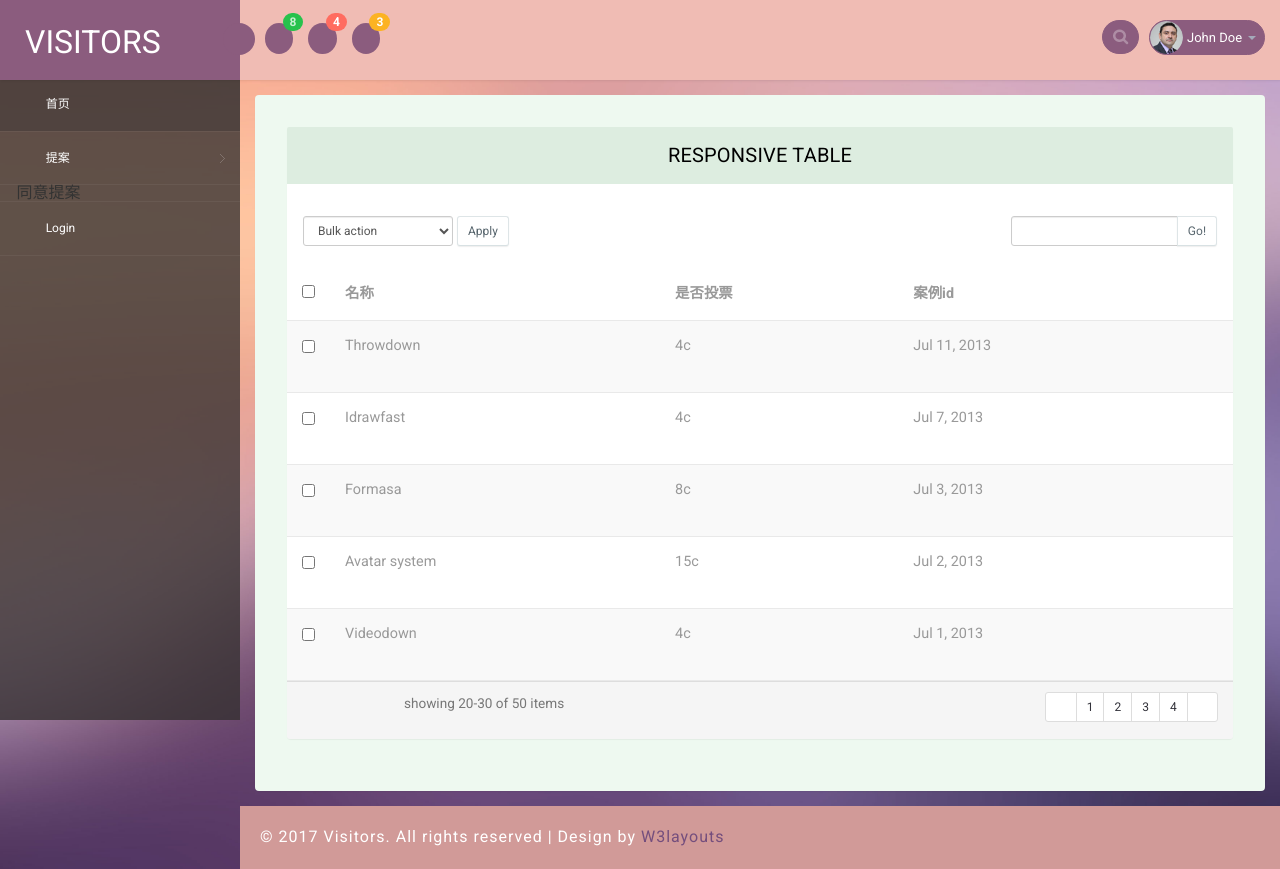
Repository: YU-YUEHAO/Lastwork
Page: DAPP/views/responsive_table.html
These files come from the project's save history. The page is drawn as it stood at one moment and after the next save; the edit follows.
The browser window is 1280 px wide. The pictures show the whole page.
Some web fonts or font styles are not loaded; a fallback is used.

Above is the page before, as saved 2021-12-01 15:48:18.

### DAPP/views/responsive_table.html
<!--A Design by W3layouts
Author: W3layout
Author URL: http://w3layouts.com
License: Creative Commons Attribution 3.0 Unported
License URL: http://creativecommons.org/licenses/by/3.0/
-->
<!DOCTYPE html>
<head>
<title>Visitors an Admin Panel Category Bootstrap Responsive Website Template | Basic_table :: w3layouts</title>
<meta name="viewport" content="width=device-width, initial-scale=1">
<meta http-equiv="Content-Type" content="text/html; charset=utf-8" />
<meta name="keywords" content="Visitors Responsive web template, Bootstrap Web Templates, Flat Web Templates, Android Compatible web template,
Smartphone Compatible web template, free webdesigns for Nokia, Samsung, LG, SonyEricsson, Motorola web design" />
<script type="application/x-javascript"> addEventListener("load", function() { setTimeout(hideURLbar, 0); }, false); function hideURLbar(){ window.scrollTo(0,1); } </script>
<!-- bootstrap-css -->
<link rel="stylesheet" href="css/bootstrap.min.css" >
<!-- //bootstrap-css -->
<!-- Custom CSS -->
<link href="css/style.css" rel='stylesheet' type='text/css' />
<link href="css/style-responsive.css" rel="stylesheet"/>
<!-- font CSS -->
<link href='//fonts.googleapis.com/css?family=Roboto:400,100,100italic,300,300italic,400italic,500,500italic,700,700italic,900,900italic' rel='stylesheet' type='text/css'>
<!-- font-awesome icons -->
<link rel="stylesheet" href="css/font.css" type="text/css"/>
<link href="css/font-awesome.css" rel="stylesheet">
<!-- //font-awesome icons -->
<script src="js/jquery2.0.3.min.js"></script>
</head>
<body>
<section id="container">
<!--header start-->
<header class="header fixed-top clearfix">
<!--logo start-->
<div class="brand">

    <a href="index.html" class="logo">
        VISITORS
    </a>
    <div class="sidebar-toggle-box">
        <div class="fa fa-bars"></div>
    </div>
</div>
<!--logo end-->

<div class="nav notify-row" id="top_menu">
    <!--  notification start -->
    <ul class="nav top-menu">
        <!-- settings start -->
        <li class="dropdown">
            <a data-toggle="dropdown" class="dropdown-toggle" href="#">
                <i class="fa fa-tasks"></i>
                <span class="badge bg-success">8</span>
            </a>
            <ul class="dropdown-menu extended tasks-bar">
                <li>
                    <p class="">You have 8 pending tasks</p>
                </li>
                <li>
                    <a href="#">
                        <div class="task-info clearfix">
                            <div class="desc pull-left">
                                <h5>Target Sell</h5>
                                <p>25% , Deadline  12 June’13</p>
                            </div>
                                    <span class="notification-pie-chart pull-right" data-percent="45">
                            <span class="percent"></span>
                            </span>
                        </div>
                    </a>
                </li>
                <li>
                    <a href="#">
                        <div class="task-info clearfix">
                            <div class="desc pull-left">
                                <h5>Product Delivery</h5>
                                <p>45% , Deadline  12 June’13</p>
                            </div>
                                    <span class="notification-pie-chart pull-right" data-percent="78">
                            <span class="percent"></span>
                            </span>
                        </div>
                    </a>
                </li>
                <li>
                    <a href="#">
                        <div class="task-info clearfix">
                            <div class="desc pull-left">
                                <h5>Payment collection</h5>
                                <p>87% , Deadline  12 June’13</p>
                            </div>
                                    <span class="notification-pie-chart pull-right" data-percent="60">
                            <span class="percent"></span>
                            </span>
                        </div>
                    </a>
                </li>
                <li>
                    <a href="#">
                        <div class="task-info clearfix">
                            <div class="desc pull-left">
                                <h5>Target Sell</h5>
                                <p>33% , Deadline  12 June’13</p>
                            </div>
                                    <span class="notification-pie-chart pull-right" data-percent="90">
                            <span class="percent"></span>
                            </span>
                        </div>
                    </a>
                </li>

                <li class="external">
                    <a href="#">See All Tasks</a>
                </li>
            </ul>
        </li>
        <!-- settings end -->
        <!-- inbox dropdown start-->
        <li id="header_inbox_bar" class="dropdown">
            <a data-toggle="dropdown" class="dropdown-toggle" href="#">
                <i class="fa fa-envelope-o"></i>
                <span class="badge bg-important">4</span>
            </a>
            <ul class="dropdown-menu extended inbox">
                <li>
                    <p class="red">You have 4 Mails</p>
                </li>
                <li>
                    <a href="#">
                        <span class="photo"><img alt="avatar" src="images/3.png"></span>
                                <span class="subject">
                                <span class="from">Jonathan Smith</span>
                                <span class="time">Just now</span>
                                </span>
                                <span class="message">
                                    Hello, this is an example msg.
                                </span>
                    </a>
                </li>
                <li>
                    <a href="#">
                        <span class="photo"><img alt="avatar" src="images/1.png"></span>
                                <span class="subject">
                                <span class="from">Jane Doe</span>
                                <span class="time">2 min ago</span>
                                </span>
                                <span class="message">
                                    Nice admin template
                                </span>
                    </a>
                </li>
                <li>
                    <a href="#">
                        <span class="photo"><img alt="avatar" src="images/3.png"></span>
                                <span class="subject">
                                <span class="from">Tasi sam</span>
                                <span class="time">2 days ago</span>
                                </span>
                                <span class="message">
                                    This is an example msg.
                                </span>
                    </a>
                </li>
                <li>
                    <a href="#">
                        <span class="photo"><img alt="avatar" src="images/2.png"></span>
                                <span class="subject">
                                <span class="from">Mr. Perfect</span>
                                <span class="time">2 hour ago</span>
                                </span>
                                <span class="message">
                                    Hi there, its a test
                                </span>
                    </a>
                </li>
                <li>
                    <a href="#">See all messages</a>
                </li>
            </ul>
        </li>
        <!-- inbox dropdown end -->
        <!-- notification dropdown start-->
        <li id="header_notification_bar" class="dropdown">
            <a data-toggle="dropdown" class="dropdown-toggle" href="#">

                <i class="fa fa-bell-o"></i>
                <span class="badge bg-warning">3</span>
            </a>
            <ul class="dropdown-menu extended notification">
                <li>
                    <p>Notifications</p>
                </li>
                <li>
                    <div class="alert alert-info clearfix">
                        <span class="alert-icon"><i class="fa fa-bolt"></i></span>
                        <div class="noti-info">
                            <a href="#"> Server #1 overloaded.</a>
                        </div>
                    </div>
                </li>
                <li>
                    <div class="alert alert-danger clearfix">
                        <span class="alert-icon"><i class="fa fa-bolt"></i></span>
                        <div class="noti-info">
                            <a href="#"> Server #2 overloaded.</a>
                        </div>
                    </div>
                </li>
                <li>
                    <div class="alert alert-success clearfix">
                        <span class="alert-icon"><i class="fa fa-bolt"></i></span>
                        <div class="noti-info">
                            <a href="#"> Server #3 overloaded.</a>
                        </div>
                    </div>
                </li>

            </ul>
        </li>
        <!-- notification dropdown end -->
    </ul>
    <!--  notification end -->
</div>
<div class="top-nav clearfix">
    <!--search & user info start-->
    <ul class="nav pull-right top-menu">
        <li>
            <input type="text" class="form-control search" placeholder=" Search">
        </li>
        <!-- user login dropdown start-->
        <li class="dropdown">
            <a data-toggle="dropdown" class="dropdown-toggle" href="#">
                <img alt="" src="images/2.png">
                <span class="username">John Doe</span>
                <b class="caret"></b>
            </a>
            <ul class="dropdown-menu extended logout">
                <li><a href="#"><i class=" fa fa-suitcase"></i>Profile</a></li>
                <li><a href="#"><i class="fa fa-cog"></i> Settings</a></li>
                <li><a href="login.html"><i class="fa fa-key"></i> Log Out</a></li>
            </ul>
        </li>
        <!-- user login dropdown end -->

    </ul>
    <!--search & user info end-->
</div>
</header>
<!--header end-->
<!--sidebar start-->
<aside>
    <div id="sidebar" class="nav-collapse">
        <!-- sidebar menu start-->
        <div class="leftside-navigation">
            <ul class="sidebar-menu" id="nav-accordion">
                <li>
                    <a class="active" href="http://localhost:3000/index2">
                        <i class="fa fa-dashboard"></i>
                        <span>首页</span>
                    </a>
                </li>

                <li class="sub-menu">
                    <a href="javascript:;">
                        <i class="fa fa-th"></i>
                        <span>提案</span>
                    </a>
                    <ul class="sub">
                        <li><a href="http://localhost:3000/basic_table">发起提案</a></li>
                        <li><a href="http://localhost:3000/responsive_table">查看提案</a></li>
                    </ul>
                </li>
                <li class="sub-menu">

                        <i class="fa fa-tasks"></i>
                        <span>同意提案</span>

                    <ul class="sub">

                        <li><a href="form_validation.html">操作</a></li>

                    </ul>
                </li>
                <li>
                    <a href="login.html">
                        <i class="fa fa-user"></i>
                        <span>Login</span>
                    </a>
                </li>
            </ul>            </div>
        <!-- sidebar menu end-->
    </div>
</aside>
<!--sidebar end-->
<!--main content start-->
<section id="main-content">
	<section class="wrapper">
		<div class="table-agile-info">
  <div class="panel panel-default">
    <div class="panel-heading">
      Responsive Table
    </div>
    <div class="row w3-res-tb">
      <div class="col-sm-5 m-b-xs">
        <select class="input-sm form-control w-sm inline v-middle">
          <option value="0">Bulk action</option>
          <option value="1">Delete selected</option>
          <option value="2">Bulk edit</option>
          <option value="3">Export</option>
        </select>
        <button class="btn btn-sm btn-default">Apply</button>
      </div>
      <div class="col-sm-4">
      </div>
      <div class="col-sm-3">
        <div class="input-group">
          <input type="text" class="input-sm form-control" placeholder="Search">
          <span class="input-group-btn">
            <button class="btn btn-sm btn-default" type="button">Go!</button>
          </span>
        </div>
      </div>
    </div>
    <div class="table-responsive">
      <table class="table table-striped b-t b-light">
        <thead>
          <tr>
            <th style="width:20px;">
              <label class="i-checks m-b-none">
                <input type="checkbox"><i></i>
              </label>
            </th>
            <th>名称</th>
            <th>是否投票</th>
            <th>案例id</th>
            <th style="width:30px;"></th>
          </tr>
        </thead>
        <tbody>
          <tr>
            <td><label class="i-checks m-b-none"><input type="checkbox" name="post[]"><i></i></label></td>
            <td>Throwdown</td>
            <td>4c</td>
            <td>Jul 11, 2013</td>
            <td>
              <a href="" class="active" ui-toggle-class=""><i class="fa fa-check text-success text-active"></i><i class="fa fa-times text-danger text"></i></a>
            </td>
          </tr>
          <tr>
            <td><label class="i-checks m-b-none"><input type="checkbox" name="post[]"><i></i></label></td>
            <td>Idrawfast</td>
            <td>4c</td>
            <td>Jul 7, 2013</td>
            <td>
              <a href="" class="active" ui-toggle-class=""><i class="fa fa-check text-success text-active"></i><i class="fa fa-times text-danger text"></i></a>
            </td>
          </tr>
          <tr>
            <td><label class="i-checks m-b-none"><input type="checkbox" name="post[]"><i></i></label></td>
            <td>Formasa</td>
            <td>8c</td>
            <td>Jul 3, 2013</td>
            <td>
              <a href="" class="active" ui-toggle-class=""><i class="fa fa-check text-success text-active"></i><i class="fa fa-times text-danger text"></i></a>
            </td>
          </tr>
          <tr>
            <td><label class="i-checks m-b-none"><input type="checkbox" name="post[]"><i></i></label></td>
            <td>Avatar system</td>
            <td>15c</td>
            <td>Jul 2, 2013</td>
            <td>
              <a href="" class="active" ui-toggle-class=""><i class="fa fa-check text-success text-active"></i><i class="fa fa-times text-danger text"></i></a>
            </td>
          </tr>
          <tr>
            <td><label class="i-checks m-b-none"><input type="checkbox" name="post[]"><i></i></label></td>
            <td>Videodown</td>
            <td>4c</td>
            <td>Jul 1, 2013</td>
            <td>
              <a href="" class="active" ui-toggle-class=""><i class="fa fa-check text-success text-active"></i><i class="fa fa-times text-danger text"></i></a>
            </td>
          </tr>
        </tbody>
      </table>
    </div>
    <footer class="panel-footer">
      <div class="row">

        <div class="col-sm-5 text-center">
          <small class="text-muted inline m-t-sm m-b-sm">showing 20-30 of 50 items</small>
        </div>
        <div class="col-sm-7 text-right text-center-xs">
          <ul class="pagination pagination-sm m-t-none m-b-none">
            <li><a href=""><i class="fa fa-chevron-left"></i></a></li>
            <li><a href="">1</a></li>
            <li><a href="">2</a></li>
            <li><a href="">3</a></li>
            <li><a href="">4</a></li>
            <li><a href=""><i class="fa fa-chevron-right"></i></a></li>
          </ul>
        </div>
      </div>
    </footer>
  </div>
</div>
</section>
 <!-- footer -->
		  <div class="footer">
			<div class="wthree-copyright">
			  <p>© 2017 Visitors. All rights reserved | Design by <a href="http://w3layouts.com">W3layouts</a></p>
			</div>
		  </div>
  <!-- / footer -->
</section>

<!--main content end-->
</section>
<script src="js/bootstrap.js"></script>
<script src="js/jquery.dcjqaccordion.2.7.js"></script>
<script src="js/scripts.js"></script>
<script src="js/jquery.slimscroll.js"></script>
<script src="js/jquery.nicescroll.js"></script>
<!--[if lte IE 8]><script language="javascript" type="text/javascript" src="js/flot-chart/excanvas.min.js"></script><![endif]-->
<script src="js/jquery.scrollTo.js"></script>
</body>
</html>

### DAPP/public/css/style-responsive.css
@media (min-width: 768px) and (max-width: 980px) {
    /*-*/
    .prd-row .action {
        right: 25px;
    }

    .hr-menu .brand{
        width: 100%;
    }

    .hr-menu .horizontal-menu {
        margin: 10px 0;
    }

    .hr-menu .hr-top-nav {
        margin-top: 10px;
        float: right;
    }
    .media-gal .item {
        width: 100%;
    }

    .media-filter {
        margin: 25px 0;
    }
}

@media (min-width: 480px) and (max-width: 767px) {
  .header{
    position: relative! important;
    margin-top: 80px ! important;
}
    .merge-header{
        margin-right: 0px !important;
    }
.brand{
    width: 100%;
    float: none;
    position: fixed;
    top: 0px;
    z-index: 1005;
}
    .sidebar-toggle-box{
        right: 10px;
    }
    .top-nav{
        margin-bottom: 20px;
    }
    .top-menu{
        margin-right: 10px;
    }
    .wrapper{
        margin-top: 0px;
    }
    ul.sidebar-menu {
        margin-top: 0px;
    }
    #sidebar{
        position: fixed !important;
        z-index: 1002;
        top: 80px;
    }
    #main-content{
        margin-left: 0px;
    }
    /*calendar*/
    .fc-button-inner {
        padding: 0;
    }
    /*-*/
    .prd-row .action {
        right: 25px;
    }

    .weather-full-info ul li {
        width: 15.8%;
    }

    .today-status {
        margin-bottom: 10px;
    }

    .hr-toggle {
        background: #32D2C9;
        color: rgba(0, 0, 0, 0.3);
        border-radius: 50%;
        -webkit-border-radius: 50%;
        height: 30px;
        line-height: 0;
        margin-top: -58px;
        position: fixed;
        right: 10px;
        width: 30px;
        z-index: 10000;
    }

    .hr-top-nav {
        display: inline-block;
        float: right;
        margin: 10px 0;
    }

    .horizontal-menu {
        width: 100%;
    }

    .horizontal-menu .navbar-nav > li {
        margin-bottom: 10px;
    }
    .lock-wrapper {
        padding: 0 20px;
    }

    .lock-wrapper img {
        width: 140px;
        height: 140px;
        margin-top: 10px;
    }

    .lock-pwd input {
        width: 70%;
    }

    #time {
        font-size: 100px;
    }
    .media-gal .item {
        width: 100%;
    }
    .media-filter {
        margin: 25px 0;
    }

    .media-filter + .pull-right, .media-filter + .pull-right + .btn  {
        float: left !important;
    }


}
@media (max-width:767px){

    .fixed-width #container, .fixed-width #container .header {
        width: 100%;
    }

    #sidebar{
        margin-left:-240px;
        -webkit-transition:all .3s ease-in-out;
        -moz-transition:all .3s ease-in-out;
        -o-transition:all .3s ease-in-out;
        transition:all .3s ease-in-out;
    }
    .hide-left-bar {
        margin-left:0px!important;
    }
    ul.sidebar-menu{
        padding-top: 0px;
    }
    /*-*/
    .prd-row .action {
        right: 25px;
    }
    .lock-wrapper {
        padding: 0 20px;
    }
    .lock-wrapper img {
        width: 140px;
        height: 140px;
        margin-top: 10px;
    }
    .lock-pwd input {
        width: 70%;
    }

    #time {
        font-size: 100px;
    }

    .media-gal .item {
        width: 100%;
    }
    .media-filter {
        margin: 25px 0;
    }

    .media-filter + .pull-right, .media-filter + .pull-right + .btn  {
        float: left !important;
    }

}
@media (max-width: 479px) {
    body{
        margin-top:80px !important;
    }
    .header{
        position: relative !important;

    }
    .merge-header{
        margin-right: 0px !important;
    }
    .brand{
        width: 100%;
        float: none;
        position: fixed;
        top: 0px;
        z-index: 1005;
    }
    .sidebar-toggle-box{
        right: 10px;
    }
    .top-nav{
        margin-bottom: 20px;
    }
    .top-menu{
        margin-right: 10px;
    }
    .wrapper{
        margin-top: 0px;
    }
    ul.sidebar-menu {
        margin-top: 0px;
    }
    #sidebar{
        position: fixed !important;
        z-index: 1002;
        top: 80px;
    }
    #main-content{
        margin-left: 0px;
    }
    .notify-row{
        float: none;
    }
    /*calendar*/
    .fc-button-inner, .fc-button-content {
        padding: 0;
    }
    .fc-header-title h2 {
        font-size: 12px!important;
    }
    .fc .fc-header-space {
        padding-left: 0;
    }
    .fc-state-active, .fc-state-active .fc-button-inner, .fc-state-active, .fc-button-today .fc-button-inner, .fc-state-hover, .fc-state-hover .fc-button-inner {
        background: none repeat scroll 0 0 #FFFFFF !important;
        color: #32323A !important;
    }
    .fc-state-default, .fc-state-default .fc-button-inner {
        background: none repeat scroll 0 0 #FFFFFF !important;
    }

    /*-*/
    .prd-row .action {
        right: 25px;
    }

    .weather-full-info ul li {
        width: 30%;
        margin-bottom: 10px;
    }

    .today-status {
        margin-bottom: 10px;
    }

    .hr-toggle {
        background: #32D2C9;
        color: rgba(0, 0, 0, 0.3);
        border-radius: 50%;
        -webkit-border-radius: 50%;
        height: 30px;
        line-height: 0;
        margin-top: -58px;
        position: fixed;
        right: 10px;
        width: 30px;
        z-index: 10000;
    }

    .hr-top-nav {
        display: inline-block;
        float: right;
        margin: 10px 0;
    }
    .horizontal-menu {
        width: 100%;
    }

    .horizontal-menu .navbar-nav > li {
        margin-bottom: 10px;
    }

    .lock-wrapper {
        padding: 0 20px;
    }
    .lock-wrapper img {
        width: 100px;
        height: 100px;
        margin-top: -25px;
    }

    .lock-pwd input {
        width: 70%;
    }

    #time {
        font-size: 50px;
    }

    .lock-pwd {
        padding: 0;
    }

    .media-gal .item {
        width: 100%;
    }

    .media-filter {
        margin: 5px 0;
    }

    .media-filter + .pull-right, .media-filter + .pull-right + .btn  {
        float: left !important;
    }

    .media-filter li a {
        margin-bottom: 10px;
        display: inline-block;
    }
}

Loaded but not shown: DAPP/public/css/bootstrap.min.css (library); DAPP/public/css/font.css (library); DAPP/public/css/font-awesome.css (library); DAPP/public/javascripts/jquery2.0.3.min.js (library); DAPP/public/javascripts/bootstrap.js (library); DAPP/public/javascripts/jquery.dcjqaccordion.2.7.js (library); DAPP/public/javascripts/jquery.slimscroll.js (library); DAPP/public/javascripts/jquery.nicescroll.js (library); DAPP/public/javascripts/jquery.scrollTo.js (library); DAPP/public/javascripts/scripts.js (290 lines, source omitted); DAPP/public/css/style.css (3146 lines, source omitted)

After the next save:
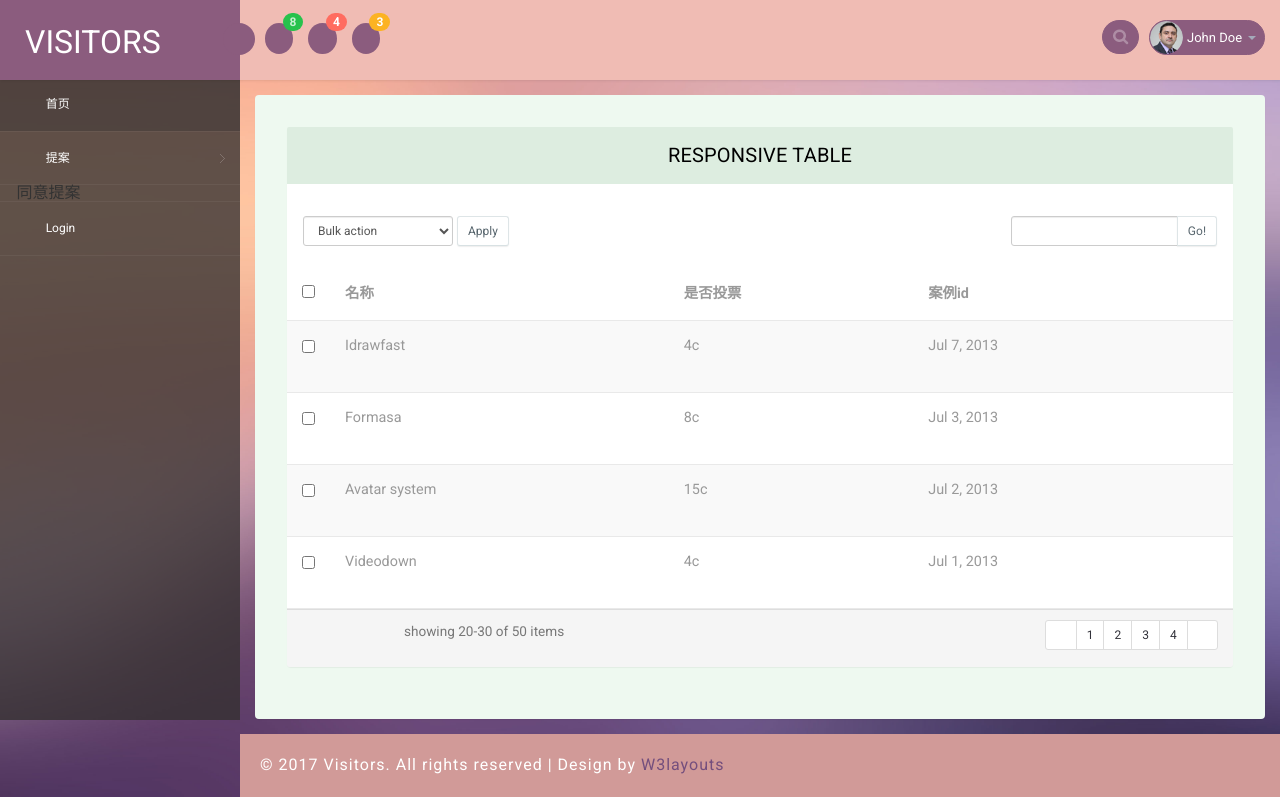
Saved 4 s later.
--- a/DAPP/views/responsive_table.html
+++ b/DAPP/views/responsive_table.html
@@ -336,15 +336,7 @@ Smartphone Compatible web template, free webdesigns for Nokia, Samsung, LG, Sony
           </tr>
         </thead>
         <tbody>
-          <tr>
-            <td><label class="i-checks m-b-none"><input type="checkbox" name="post[]"><i></i></label></td>
-            <td>Throwdown</td>
-            <td>4c</td>
-            <td>Jul 11, 2013</td>
-            <td>
-              <a href="" class="active" ui-toggle-class=""><i class="fa fa-check text-success text-active"></i><i class="fa fa-times text-danger text"></i></a>
-            </td>
-          </tr>
+
           <tr>
             <td><label class="i-checks m-b-none"><input type="checkbox" name="post[]"><i></i></label></td>
             <td>Idrawfast</td>
